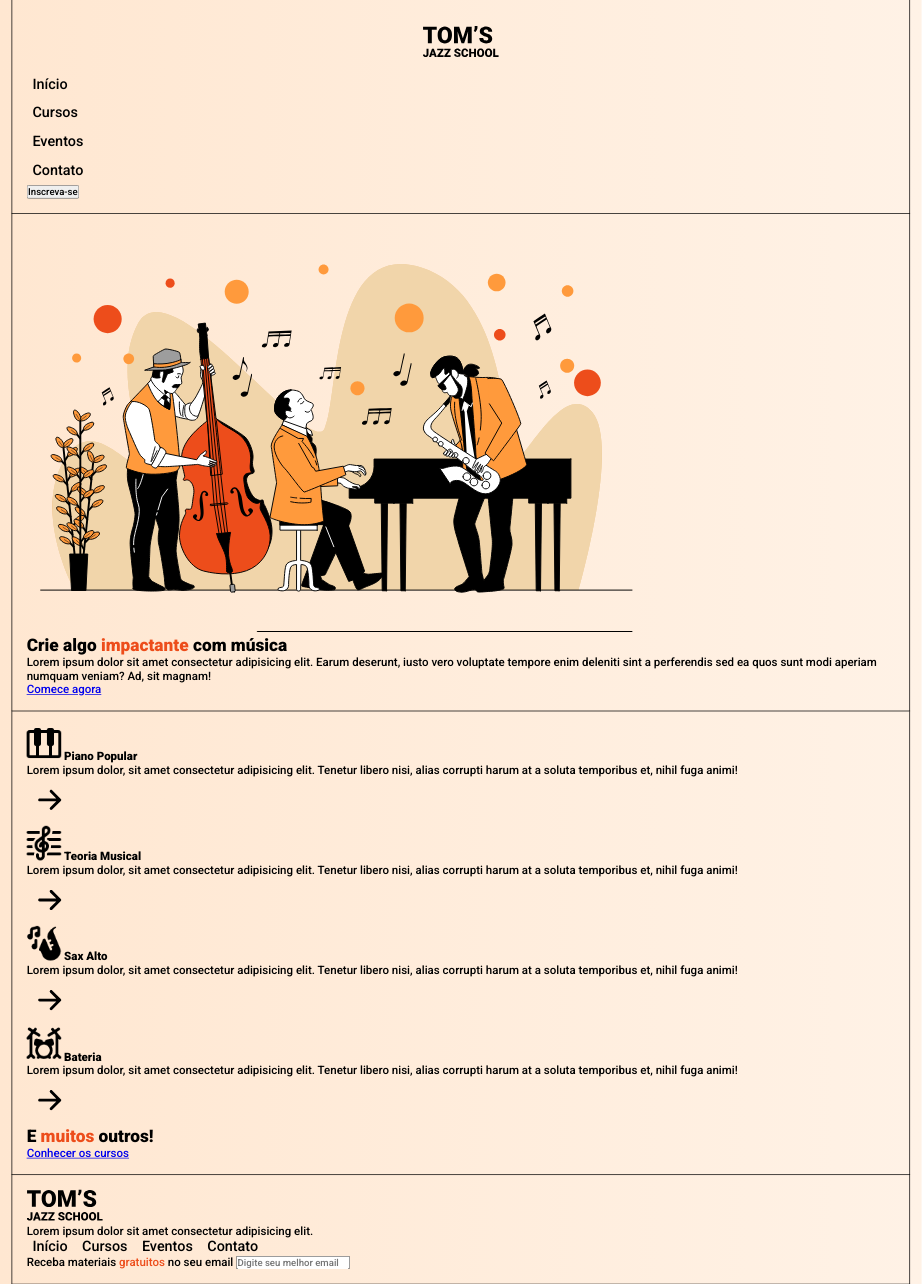
Repository: tenoriodasilva31/OBC-Music-School
Page: index.html
The author's editor kept a copy of each file at every save. The page is drawn from the files as they stood at one save, then again after the next save.
The browser window is 1280 px wide. The pictures show the whole page, at 72% of full size.

Above is the page before, as saved 2023-07-05 17:16:08.

### index.html
<!DOCTYPE html>
<html lang="pt-BR">
<head>
    <meta charset="UTF-8">
    <meta name="viewport" content="width=device-width, initial-scale=1.0">
    <title>Tom's Jazz School</title>

    <link rel="preconnect" href="https://fonts.googleapis.com">
    <link rel="preconnect" href="https://fonts.gstatic.com" crossorigin>

    <link rel="stylesheet" href="index.css">

    <link href="https://fonts.googleapis.com/css2?family=Roboto:wght@500;900&display=swap" rel="stylesheet">
</head>
<body>
    <header>
        <img src="./img/logo.svg" alt="Tom's School">
        <nav class="mt-1 nx-auto">
            <a href="#">Início</a>
            <a href="#">Cursos</a>
            <a href="#">Eventos</a>
            <a href="#">Contato</a>
        </nav>
        <button href="#" class="button">Inscreva-se</button>
    </header>
    <main>
        <section class="hero-section">
            <img src="/img/hero-img.svg" alt="Banda de jazz se apresentando">
            <div>
                <h1>Crie algo <span class="text-primary">impactante</span> com música</h1>
                <p>Lorem ipsum dolor sit amet consectetur adipisicing elit. Earum deserunt, iusto vero voluptate tempore enim deleniti sint a perferendis sed ea quos sunt modi aperiam numquam veniam? Ad, sit magnam!</p>
                <a href="#" class="button">Comece agora</a>
            </div>
        </section>
        <section class="courses-section">
            <div class="cards">
            <article>

                <img src="/img/piano.png" alt="icone de teclas de piano">
                <strong>Piano Popular</strong>
                <p>Lorem ipsum dolor, sit amet consectetur adipisicing elit. Tenetur libero nisi, alias corrupti harum at a soluta temporibus et, nihil fuga animi!</p>
                <a href="#">
                    <img src="/img/arrow-right.svg" alt="Ir para página do curso">
                </a>
            </article>
            <article>
                <img src="/img/clef.png" alt="icone clave">
                <strong>Teoria Musical</strong>
                <p>Lorem ipsum dolor, sit amet consectetur adipisicing elit. Tenetur libero nisi, alias corrupti harum at a soluta temporibus et, nihil fuga animi!</p>
                <a href="#">
                    <img src="/img/arrow-right.svg" alt="Ir para página do curso">
                </a>
            </article>
            <article>
                <img src="/img/sax.png" alt="icone de teclas de piano">
                <strong>Sax Alto</strong>
                <p>Lorem ipsum dolor, sit amet consectetur adipisicing elit. Tenetur libero nisi, alias corrupti harum at a soluta temporibus et, nihil fuga animi!</p>
                <a href="#">
                    <img src="/img/arrow-right.svg" alt="Ir para página do curso">
                </a>
            </article>
            <article>
                <img src="/img/drums.png" alt="icone de teclas de piano">
                <strong>Bateria</strong>
                <p>Lorem ipsum dolor, sit amet consectetur adipisicing elit. Tenetur libero nisi, alias corrupti harum at a soluta temporibus et, nihil fuga animi!</p>
                <a href="#">
                    <img src="/img/arrow-right.svg" alt="Ir para página do curso">
                </a>
            </article>
            </div>
            <h2>E <span class="text-primary">muitos</span> outros!</h2>
            <a href="#" class="button">Conhecer os cursos</a>
        </section>
    </main>

    <footer>
        <div>
            <img src="/img/logo.svg" alt="Tom's School">
            <p>Lorem ipsum dolor sit amet consectetur adipisicing elit. </p>
        </div>
        <nav>
            <a href="#">Início</a>
            <a href="#">Cursos</a>
            <a href="#">Eventos</a>
            <a href="#">Contato</a>
        </nav>
        <form>
            <label for="email">Receba materiais <span class="text-primary">gratuitos</span> no seu email</label>
            <input type="text" name="email" id="email" placeholder="Digite seu melhor email">
        </form>
    </footer>
</body>
</html>

### index.css
* {
    box-sizing: border-box;
    font-family: 'Roboto', sans-serif;
    margin: 0;
    padding: 0;
}

:root {
    --color-primary: #ED4D1B;
    --color-secondary: #FF9a3c;
    --color-black: #000;
    --color-white: #FFF;
}

body {
    background: linear-gradient(90deg, #ffe7d1 0%, #FFF2e6 100%);
    padding: 0 1rem;
}

header,.hero-section, .courses-section, footer {
    border-color: var(--color-black);
    border-style: solid;
    border-width: 0 1px 1px 1px;
    padding: 1.25rem;
}

header img {
    display: block;
    margin: 1rem auto;
}

header nav {
    display: grid;
    grid-template-columns: 1fr, 1fr;
}

nav a {
    color: var(--color-black);
    font-size: 1.25rem;
    padding: .5rem;
    text-decoration: none;
}

header nav a:nth-child(2n-1) {

}

.mt-1 {
    margin-top: 1rem;
}

.mt-2 {
    margin-top: 2rem;
}

.mb-1 {
    margin-bottom: 1rem;
}

.mb-2 {
    margin-bottom: 2rem;
}

.mx-auto {
    margin-left: auto;
    margin-right: auto;
}

.text-primary {
    color: var(--color-primary);
}

.text-center {
    text-align: center;
}

After the next save:
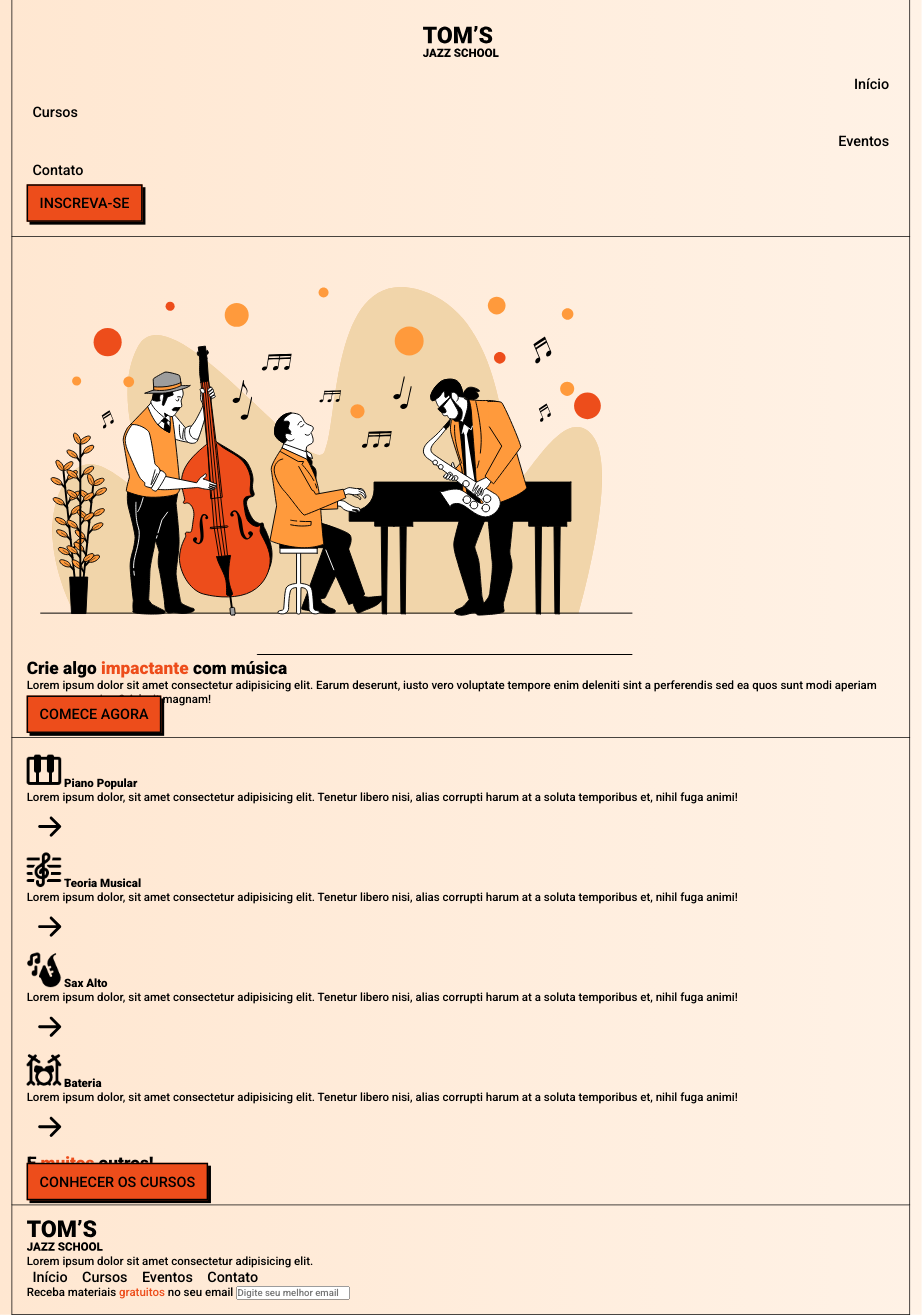
Saved 2 min 39 s later.
--- a/index.css
+++ b/index.css
@@ -42,7 +42,21 @@ nav a {
 }
 
 header nav a:nth-child(2n-1) {
+    text-align: right;
+}
 
+.button {
+    background-color: var(--color-primary);
+    border: 2px solid var(--color-black);
+    box-shadow: 4px 4px 0 var(--color-black);
+    color: var(--color-black);
+    display: black;
+    font-size: 1.25rem;
+    padding: .75rem 1rem;
+    max-width: 14rem;
+    text-align: center;
+    text-decoration: none;
+    text-transform: uppercase;
 }
 
 .mt-1 {
